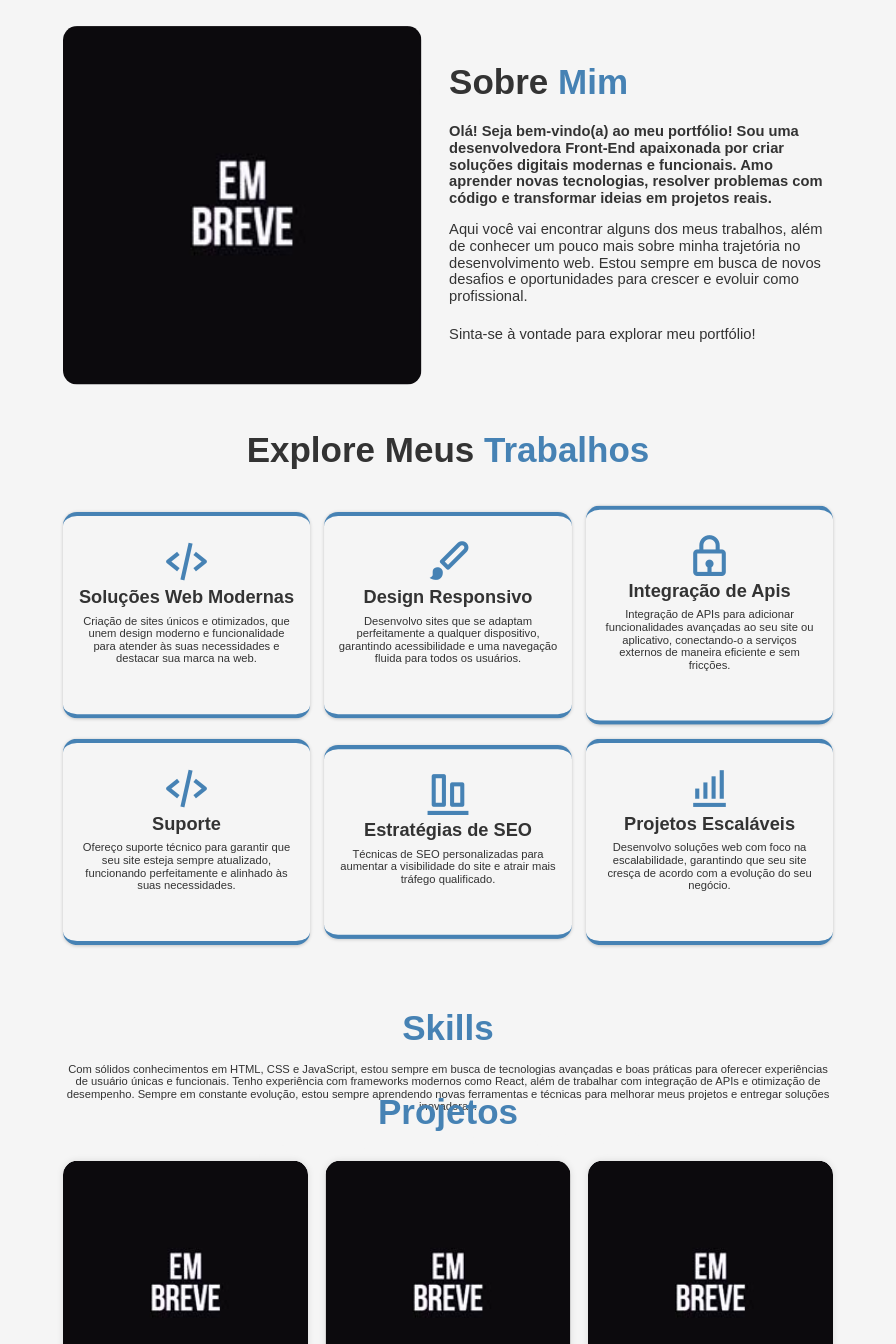
Repository: AliciaKathleen/portfolio-2025
Page: index.html
An editor plug-in stored every save of this project. The page is shown before and after the next save, followed by the edit.
The browser window is 1280 px wide. The pictures show the part of the page from y = 825 to 2745 px (the page is 4098 px tall), at 70% of full size.

Above is the page before, as saved 2025-01-27 17:41:45.
Console error: TypeError: Cannot read properties of null (reading 'classList')

### index.html
<!DOCTYPE html>
<html lang="en">
<head>
    <meta charset="UTF-8">
    <meta http-equiv="X-UA-Compatible" content="IE=edge">
    <meta name="viewport" content="width=device-width, initial-scale=1.0">
    <link rel="stylesheet" href="https://cdn.jsdelivr.net/npm/swiper@9/swiper-bundle.min.css" />
    <link href='https://unpkg.com/boxicons@2.1.4/css/boxicons.min.css' rel='stylesheet'>
    <link rel="stylesheet" href="style.css">
    <title>Alícia Kathleen</title>
</head>
<body>
    <header class="header">
        <a href="#" class="logo">Alícia Kathleen</a>

        <nav class="navbar">
            <a href="#home" class="active">Home</a>
            <a href="#about">Sobre</a>
            <a href="#services">Serviços</a>
            <a href="#portfolio">Projetos</a>
            <a href="#contact">Contato</a>
        </nav>

        <div class="bx bx-moon" id="darkMode-icon"></div>
        <div class="bx bx-menu" id="menu-icon"></div>
    </header>

    <section class="home" id="home">
        <div class="home-content">
            <h3>Olá, eu sou</h3>
            <h1>Alícia Kathleen</h1>
            <p>
                Sou uma desenvolvedora Front-End apaixonada por criar interfaces modernas e funcionais, unindo criatividade e tecnologia para proporcionar experiências digitais únicas. Com uma trajetória inicial no design gráfico, utilizo meu olhar apurado para detalhes e usabilidade para transformar ideias em projetos visuais impactantes. Estou sempre buscando aprender e crescer com novos desafios.
            </p>
            <div class="social-media">
                <a href="#"><i class='bx bxl-linkedin'></i></a>
                <a href="#"><i class='bx bxl-github'></i></a>
            </div>

            <a href="#" class="btn">CURRÍCULO</a>
        </div>

        <div class="profession-container">
            <div class="profession-box">
            </div>
            <div class="overlay"></div>
        </div>

        <div class="home-img">
            <img src="" alt="">
        </div>
    </section>

    <section class="about" id="about">
        <div class="about-img">
            <img src="images/portfolio.jpg" alt="">
        </div>

        <div class="about-content">
            <h2 class="heading">Sobre <span>Mim</span></h2>
            <h3>
                Olá! Seja bem-vindo(a) ao meu portfólio! Sou uma desenvolvedora Front-End apaixonada por criar soluções digitais modernas e funcionais. Amo aprender novas tecnologias, resolver problemas com código e transformar ideias em projetos reais.
            </h3>
            <p>
                Aqui você vai encontrar alguns dos meus trabalhos, além de conhecer um pouco mais sobre minha trajetória no desenvolvimento web. Estou sempre em busca de novos desafios e oportunidades para crescer e evoluir como profissional.
            </p>
            <p>
                Sinta-se à vontade para explorar meu portfólio!
            </p>
        </div>
    </section>

    <section class="services" id="services">
        <h2 class="heading">Explore Meus <span>Trabalhos</span></h2>
        <div class="services-container">
            <div class="services-box">
                <i class='bx bx-code-alt'></i>
                <h3>Soluções Web Modernas</h3>
                <p>Criação de sites únicos e otimizados, que unem design moderno e funcionalidade para atender às suas necessidades e destacar sua marca na web.</p>
            </div>
            <div class="services-box">
                <i class='bx bxs-paint'></i>
                <h3>Design Responsivo</h3>
                <p>Desenvolvo sites que se adaptam perfeitamente a qualquer dispositivo, garantindo acessibilidade e uma navegação fluida para todos os usuários.</p>
            </div>
            <div class="services-box">
                <i class='bx bx-lock'></i>
                <h3>Integração de Apis</h3>
                <p>Integração de APIs para adicionar funcionalidades avançadas ao seu site ou aplicativo, conectando-o a serviços externos de maneira eficiente e sem fricções.</p>
            </div>
            <div class="services-box">
                <i class='bx bx-code-alt'></i>
                <h3>Suporte</h3>
                <p>Ofereço suporte técnico para garantir que seu site esteja sempre atualizado, funcionando perfeitamente e alinhado às suas necessidades.</p>
            </div>
            <div class="services-box">
                <i class='bx bx-objects-vertical-bottom'></i>
                <h3>Estratégias de SEO</h3>
                <p>Técnicas de SEO personalizadas para aumentar a visibilidade do site e atrair mais tráfego qualificado.</p>
            </div>
            <div class="services-box">
                <i class='bx bx-bar-chart-alt'></i>
                <h3>Projetos Escaláveis</h3>
                <p>Desenvolvo soluções web com foco na escalabilidade, garantindo que seu site cresça de acordo com a evolução do seu negócio.

                </p>
            </div>
        </div>
    </section>

    <section class="resume-detail skills" id="skills">
        <h2 class="heading"><span>Skills</span></h2>
        <div class="resume-list">
            <div class="skills-container">
                <p>
                    Com sólidos conhecimentos em HTML, CSS e JavaScript, estou sempre em busca de tecnologias avançadas e boas práticas para oferecer experiências de usuário únicas e funcionais. Tenho experiência com frameworks modernos como React, além de trabalhar com integração de APIs e otimização de desempenho. Sempre em constante evolução, estou sempre aprendendo novas ferramentas e técnicas para melhorar meus projetos e entregar soluções inovadoras.
                </p>
                <div class="resume-items">
                    <div class="resume-item">
                        <i class='bx bxl-html5'></i>
                        <span>HTML</span>
                    </div>
                    <div class="resume-item">
                        <i class='bx bxl-css3'></i>
                        <span>CSS3</span>
                    </div>
                    <div class="resume-item">
                        <i class='bx bxl-javascript'></i>
                        <span>JavaScript</span>
                    </div>
                    <div class="resume-item">
                        <i class='bx bxl-python'></i>
                        <span>Python</span>
                    </div>
                    <div class="resume-item">
                        <i class='bx bxl-react'></i>
                        <span>ReactJS</span>
                    </div>
                    <div class="resume-item">
                        <i class='bx bxl-figma'></i>
                        <span>Figma</span>
                    </div>
                </div>
            </div>
        </div>
    </section>

    <section class="portfolio" id="portfolio">
        <h2 class="heading"><span>Projetos</span></h2>

        <div class="portfolio-container">
            <div class="portfolio-box">
                <img src="images/portfolio.jpg" alt="">

                <div class="portfolio-layer">
                    <h4>Web Design</h4>
                    <p>Lorem ipsum dolor sit amet consectetur adipisicing elit. Similique, ipsam est.</p>
                    <a href="#"><i class='bx bx-link-external'></i></a>
                </div>
            </div>
            <div class="portfolio-box">
                <img src="images/portfolio.jpg" alt="">

                <div class="portfolio-layer">
                    <h4>Projeto em construção</h4>
                    <p>Em breve...</p>
                    <a href="#"><i class='bx bx-link-external'></i></a>
                </div>
            </div>
            <div class="portfolio-box">
                <img src="images/portfolio.jpg" alt="">

                <div class="portfolio-layer">
                    <h4>Projeto em construção</h4>
                    <p>Em breve...</p>
                    <a href="#"><i class='bx bx-link-external'></i></a>
                </div>
            </div>
            <div class="portfolio-box">
                <img src="images/portfolio.jpg" alt="">

                <div class="portfolio-layer">
                    <h4>Projeto em construção</h4>
                    <p>Em breve...</p>
                    <a href="#"><i class='bx bx-link-external'></i></a>
                </div>
            </div>
            <div class="portfolio-box">
                <img src="images/portfolio.jpg" alt="">

                <div class="portfolio-layer">
                    <h4>Projeto em construção</h4>
                    <p>Em breve...</p>
                    <a href="#"><i class='bx bx-link-external'></i></a>
                </div>
            </div>
            <div class="portfolio-box">
                <img src="images/portfolio.jpg" alt="">

                <div class="portfolio-layer">
                    <h4>Projeto em construção</h4>
                    <p>Em breve...</p>
                    <a href="#"><i class='bx bx-link-external'></i></a>
                </div>
            </div>
        </div>
    </section>

    <section class="contact" id="contact">
        <h2 class="heading">Entre em<span>Contato</span></h2>

        <form action="#">
            <div class="input-box">
                <input type="text" placeholder="Full Name">
                <input type="email" placeholder="Email Address">
            </div>
            <div class="input-box">
                <input type="number" placeholder="Mobile Number">
                <input type="text" placeholder="Email Subject">
            </div>
            <textarea name="" id="" cols="30" rows="10" placeholder="Your Message"></textarea>
            <input type="submit" value="Send Message" class="btn">
        </form>
    </section>

    <footer class="footer">
        <div class="footer-text">
            <p>Copyright &copy; 2025 | Todos os direitos reservados.</p>
        </div>

        <div class="footer-iconTop">
            <a href="#home"><i class='bx bx-up-arrow-alt'></i></a>
        </div>
    </footer>

    <script src="https://unpkg.com/scrollreveal"></script>
    <script src="https://cdn.jsdelivr.net/npm/swiper@9/swiper-bundle.min.js"></script>
    <script src="script.js"></script>
</body>
</html>

Loaded but not shown: script.js (67 lines, source omitted); style.css (894 lines, source omitted)

After the next save:
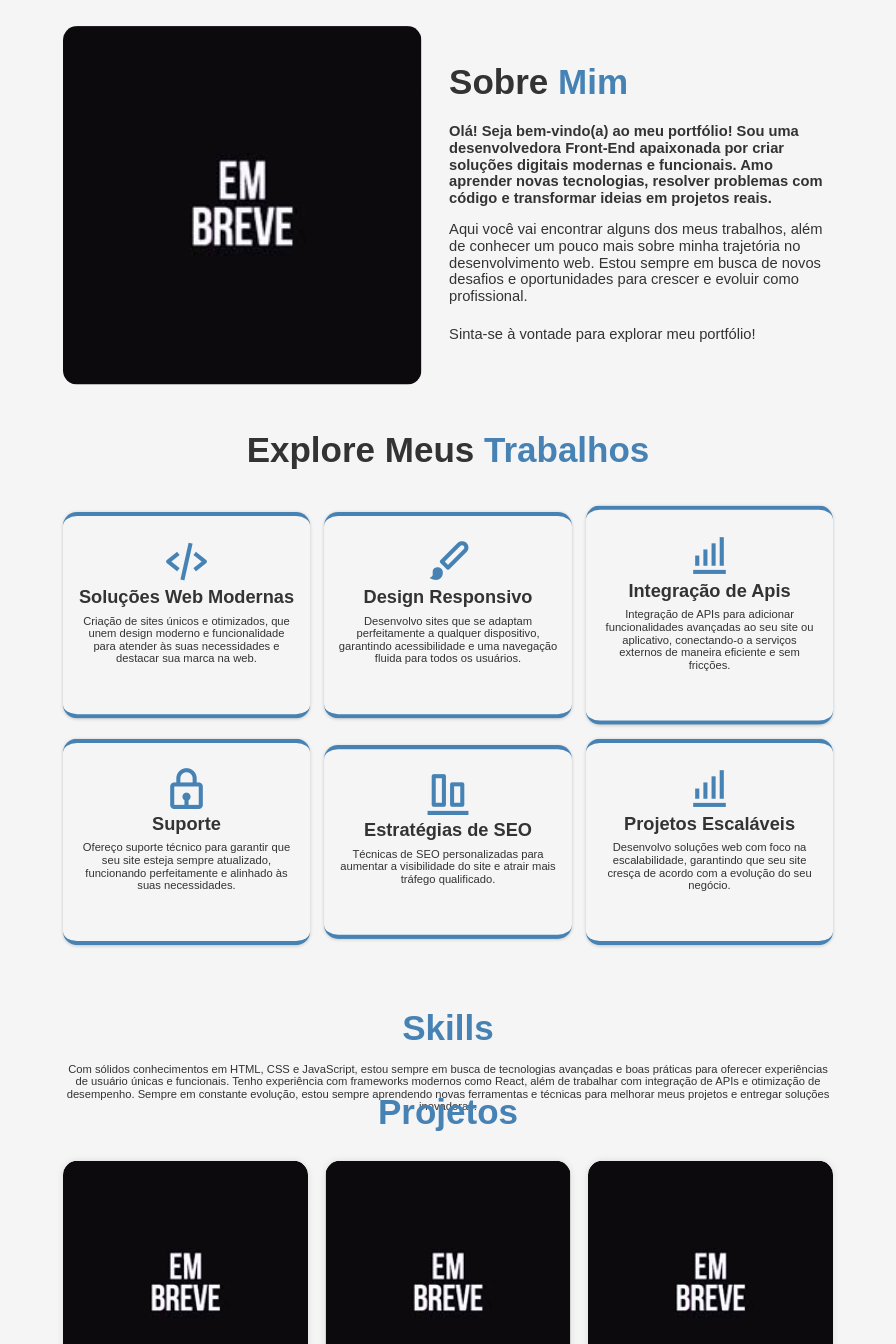
Saved 10 s later.
--- a/index.html
+++ b/index.html
@@ -84,12 +84,12 @@
                 <p>Desenvolvo sites que se adaptam perfeitamente a qualquer dispositivo, garantindo acessibilidade e uma navegação fluida para todos os usuários.</p>
             </div>
             <div class="services-box">
-                <i class='bx bx-lock'></i>
+                <i class='bx bx-bar-chart-alt'></i>
                 <h3>Integração de Apis</h3>
                 <p>Integração de APIs para adicionar funcionalidades avançadas ao seu site ou aplicativo, conectando-o a serviços externos de maneira eficiente e sem fricções.</p>
             </div>
             <div class="services-box">
-                <i class='bx bx-code-alt'></i>
+                <i class='bx bx-lock'></i>
                 <h3>Suporte</h3>
                 <p>Ofereço suporte técnico para garantir que seu site esteja sempre atualizado, funcionando perfeitamente e alinhado às suas necessidades.</p>
             </div>
